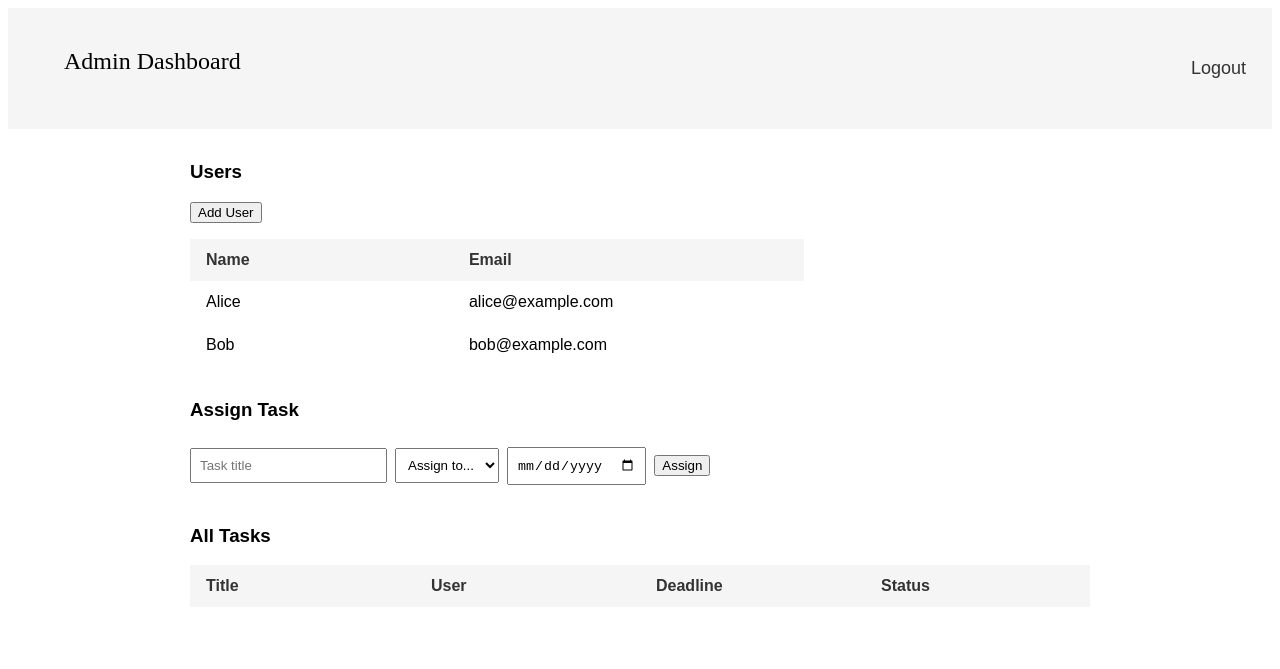
Repository: Edmund-Kiama/todoPHP
Page: /admin (app in task-manager-frontend/)
These files come from the project's save history. The page is drawn as it stood at one moment and after a run of saves; the edit follows.
The browser window is 1280 px wide. The pictures show the whole page.
The project was rebuilt for these pictures with package versions that can differ from the ones it lists, and the page was loaded fresh each time. Also part of the build but not shown: task-manager-frontend/vite.config.js, task-manager-frontend/src/components/Login/login.css, task-manager-frontend/src/components/Login/Login.vue, task-manager-frontend/src/components/User/UserDashboard.vue.

Above is the page before, as saved 2025-07-12 21:26:09.

### task-manager-frontend/src/App.vue
<script setup>
  import Navbar from './components/Navbar/Navbar.vue';
  import { store } from './store';
</script>

<template>
  <Navbar />
  <router-view />
</template>

### task-manager-frontend/src/router/index.js
import { createRouter, createWebHistory } from 'vue-router';
import Login from '../components/Login/Login.vue';
import AdminDashboard from '../components/Admin/AdminDashboard.vue';
import UserDashboard from '../components/User/UserDashboard.vue';

const routes = [
  { path: '/', name: 'Login', component: Login },
  { path: '/admin', name: 'AdminDashboard', component: AdminDashboard },
  { path: '/user', name: 'UserDashboard', component: UserDashboard }
];

const router = createRouter({
  history: createWebHistory(),
  routes
});

export default router;

### task-manager-frontend/src/components/Navbar/Navbar.vue

<template>
  <nav v-if="store.user.loggedIn" class="navbar">
    <ul>
      <li v-if="user.role === 'admin'">Admin Dashboard</li>
      <li v-if="user.role === 'user'">User Dashboard</li>
      <li><button @click="logout">Logout</button></li>
    </ul>
  </nav>
</template>

<script setup>
  import "./nav.css"
  import { store } from '../../store'
  import { useRouter } from 'vue-router'

  const router = useRouter()

  const user = store.user
  if (!user.loggedIn) router.push('/')

  function logout() {
    store.user.role = null
    store.user.loggedIn = false
    localStorage.removeItem('token')
    router.push('/')
  }
</script>

### task-manager-frontend/src/store.js
import { reactive } from 'vue'

export const store = reactive({
  user: {
    role: "admin",
    loggedIn: true,
    username: null
  },
})

### task-manager-frontend/src/components/Admin/AdminDashboard.vue
<script setup>
  import './admin.css'

  import { ref } from 'vue';

  const users = ref([
    { name: 'Alice', email: 'alice@example.com' },
    { name: 'Bob', email: 'bob@example.com' }
  ]);

  const tasks = ref([]);

  const taskForm = ref({
    title: '',
    user: '',
    deadline: '',
    status: 'Pending'
  });

  const userForm = ref({
    name: '',
    email: ''
  });
  const editingIndex = ref(null);
  const showUserModal = ref(false);

  function assignTask() {
    tasks.value.push({ ...taskForm.value });
    taskForm.value.title = '';
    taskForm.value.user = '';
    taskForm.value.deadline = '';
  }

  function deleteUser(index) {
    users.value.splice(index, 1);
  }

  function openUserForm(user = null, index = null) {
    if (user) {
      userForm.value = { ...user };
      editingIndex.value = index;
    } else {
      userForm.value = { name: '', email: '' };
      editingIndex.value = null;
    }
    showUserModal.value = true;
  }

  function saveUser() {
    if (editingIndex.value !== null) {
      users.value[editingIndex.value] = { ...userForm.value };
    } else {
      users.value.push({ ...userForm.value });
    }
    closeUserForm();
  }

  function closeUserForm() {
    userForm.value = { name: '', email: '' };
    editingIndex.value = null;
    showUserModal.value = false;
  }
</script>
<template>
  <div class="admin-dashboard">
    <!-- Users Section -->
    <section class="section">
      <h3>Users</h3>
      <button @click="openUserForm()">Add User</button>

      <table>
        <tr>
          <th>Name</th><th>Email</th>
        </tr>
        <tr v-for="(user, index) in users" :key="index">
          <td>{{ user.name }}</td>
          <td>{{ user.email }}</td>
          <td>
            <button @click="openUserForm(user, index)">Edit</button>
            <button @click="deleteUser(index)">Delete</button>
          </td>
        </tr>
      </table>
    </section>

    <!-- Task Assignment -->
    <section class="section">
      <h3>Assign Task</h3>
      <form @submit.prevent="assignTask">
        <input v-model="taskForm.title" placeholder="Task title" required />
        <select v-model="taskForm.user" required>
          <option disabled value="">Assign to...</option>
          <option v-for="user in users" :key="user.email" :value="user.email">{{ user.name }}</option>
        </select>
        <input type="date" v-model="taskForm.deadline" required />
        <button type="submit">Assign</button>
      </form>
    </section>

    <!-- Task List -->
    <section class="section">
      <h3>All Tasks</h3>
      <table>
        <tr>
          <th>Title</th><th>User</th><th>Deadline</th><th>Status</th>
        </tr>
        <tr v-for="(task, index) in tasks" :key="index">
          <td>{{ task.title }}</td>
          <td>{{ task.user }}</td>
          <td>{{ task.deadline }}</td>
          <td>{{ task.status }}</td>
        </tr>
      </table>
    </section>

    <!-- Add/Edit User -->
    <div v-if="showUserModal" class="modal">
      <div class="modal-content">
        <h3>{{ editingIndex !== null ? 'Edit' : 'Add' }} User</h3>
        <form @submit.prevent="saveUser">
          <input v-model="userForm.name" placeholder="Name" required />
          <input v-model="userForm.email" placeholder="Email" required />
          <button type="submit">Save</button>
          <button type="button" @click="closeUserForm">Cancel</button>
        </form>
      </div>
    </div>
  </div>
</template>

### task-manager-frontend/src/components/Navbar/nav.css
.navbar {
    background: #f5f5f5;
    padding: 1rem;
}
.navbar ul {
    display: flex;
    justify-content: space-between;
    gap: 1rem;
    list-style: none;
    font-size: x-large;
}

.navbar button {
    text-decoration: none;
    background: none;
    border: none;
    padding: 10px;
    border-radius: 5px;
    color: #333;
    font-size: large;
    transition: all;
    transition-duration: 300ms;
    cursor: pointer;
}
.navbar button:hover {
    background-color:  #3498db;
    color: white;
}

### task-manager-frontend/src/components/Admin/admin.css
.admin-dashboard {
  max-width: 900px;
  margin: 2rem auto;
  font-family: Arial, sans-serif;
}

.admin-dashboard .section {
  margin-top: 2rem;
}
.admin-dashboard button {
  /* margin: 0.3rem;
  padding: 0.5rem 1rem;
  background: #3498db;
  color: white;
  border: none;
  border-radius: 4px;
  cursor: pointer; */
}
.admin-dashboard table {
  width: 100%;
  border-collapse: collapse;
  margin-top: 1rem;
  font-family: sans-serif;
  border: none; /* remove outer border */
}

.admin-dashboard th,
.admin-dashboard td {
  padding: 0.75rem 1rem;
  text-align: left;
  border: none; /* remove inner lines */
  vertical-align: middle;
  min-width: 100px;
}

.admin-dashboard th {
  background-color: #f5f5f5;
  font-weight: bold;
  color: #333;
}

.admin-dashboard td button {
  visibility: hidden;
  background-color: #4DA2F7;
  color: white;
  border: none;
  padding: 2px 10px;
  margin-right: 5px;
  border-radius: 4px;
  cursor: pointer;
  transition: background-color 0.2s ease;
}

.admin-dashboard td button:hover {
  background-color: #1c74d9;
}

.admin-dashboard tr:hover td button {
  visibility: visible;
}

.admin-dashboard tr:hover {
  background-color: #f0f8ff;
}

.admin-dashboard input, .admin-dashboard select {
  padding: 0.5rem;
  margin: 0.5rem 0.5rem 0.5rem 0;
}

.admin-dashboard .modal {
  position: fixed;
  top: 0; left: 0;
  width: 100vw; height: 100vh;
  background: rgba(0,0,0,0.4);
  display: flex;
  justify-content: center;
  align-items: center;
}

.admin-dashboard .modal-content {
  background: white;
  padding: 2rem;
  border-radius: 8px;
  width: 300px;
}

### task-manager-frontend/src/components/User/user.css
.user-dashboard {
    max-width: 800px;
    margin: 2rem auto;
    font-family: Arial, sans-serif;
}

.user-dashboard table {
    width: 100%;
    border-collapse: collapse;
    margin-top: 1rem;
}

.user-dashboard th, td {
    padding: 0.6rem;
    border: 1px solid #ccc;
    text-align: left;
}

.user-dashboard button {
    padding: 0.4rem 0.8rem;
    background: #2ecc71;
    color: white;
    border: none;
    border-radius: 4px;
    cursor: pointer;
}

.user-dashboard button:hover {
    background: #27ae60;
}

Loaded but not shown: task-manager-frontend/index.html (common file); task-manager-frontend/src/main.js (common file)

After the next 2 saves:
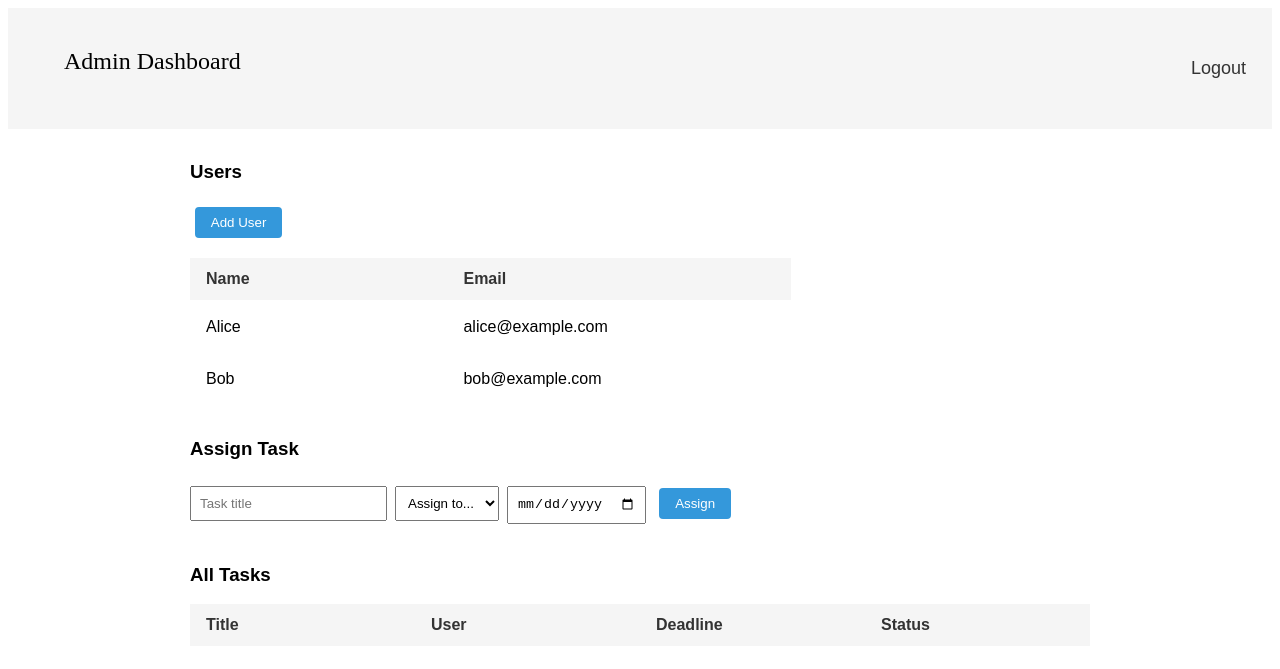
The 2 saves are shown as one change because they came seconds apart.
The last was saved 32 s later.
--- a/task-manager-frontend/src/components/Admin/admin.css
+++ b/task-manager-frontend/src/components/Admin/admin.css
@@ -8,13 +8,13 @@
   margin-top: 2rem;
 }
 .admin-dashboard button {
-  /* margin: 0.3rem;
+  margin: 0.3rem;
   padding: 0.5rem 1rem;
   background: #3498db;
   color: white;
   border: none;
   border-radius: 4px;
-  cursor: pointer; */
+  cursor: pointer;
 }
 .admin-dashboard table {
   width: 100%;
